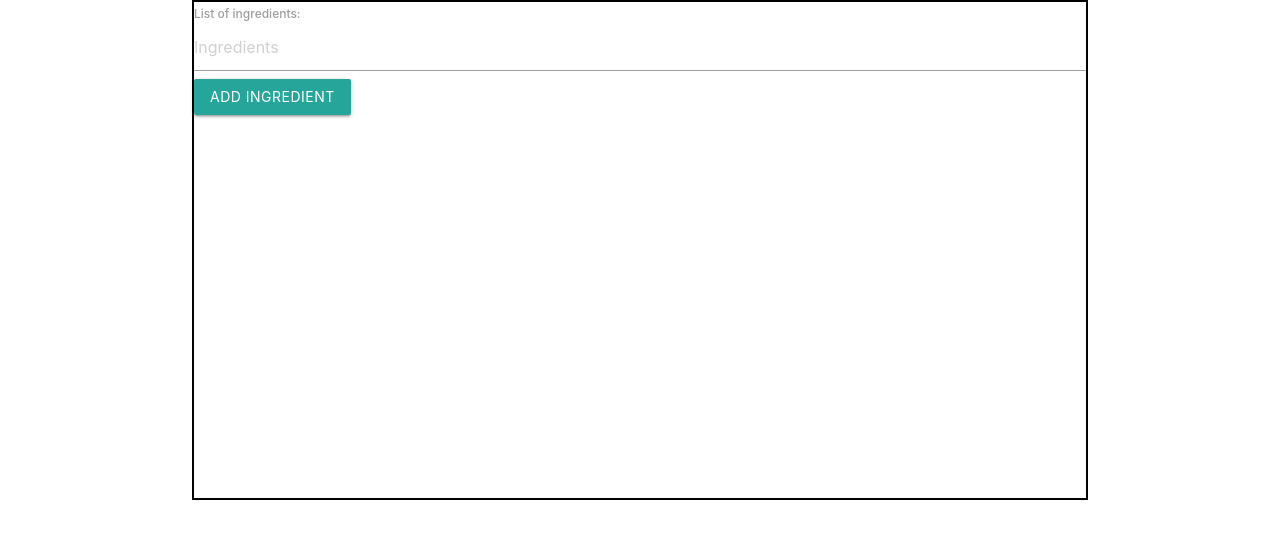
Repository: Aaron-R-Carter/Project1
Page: prototype.html
An editor plug-in stored every save of this project. The page is shown before and after the next save, followed by the edit.
The browser window is 1280 px wide. The pictures show the whole page.

Above is the page before, as saved 2019-10-31 20:52:18.
Console error: SyntaxError: Unexpected token '<'

After the next save:
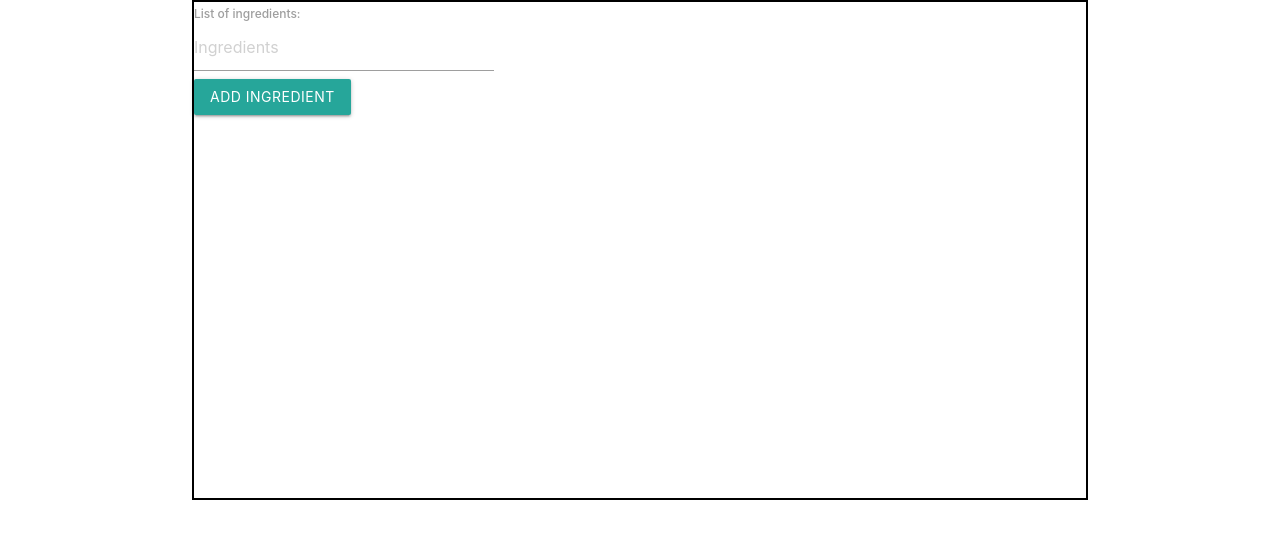
Saved 8 s later.
--- a/prototype.css
+++ b/prototype.css
@@ -5,5 +5,6 @@
 }
 
 #ingredient-form {
-    width:
+    width: 300px;
+    height:
 }
